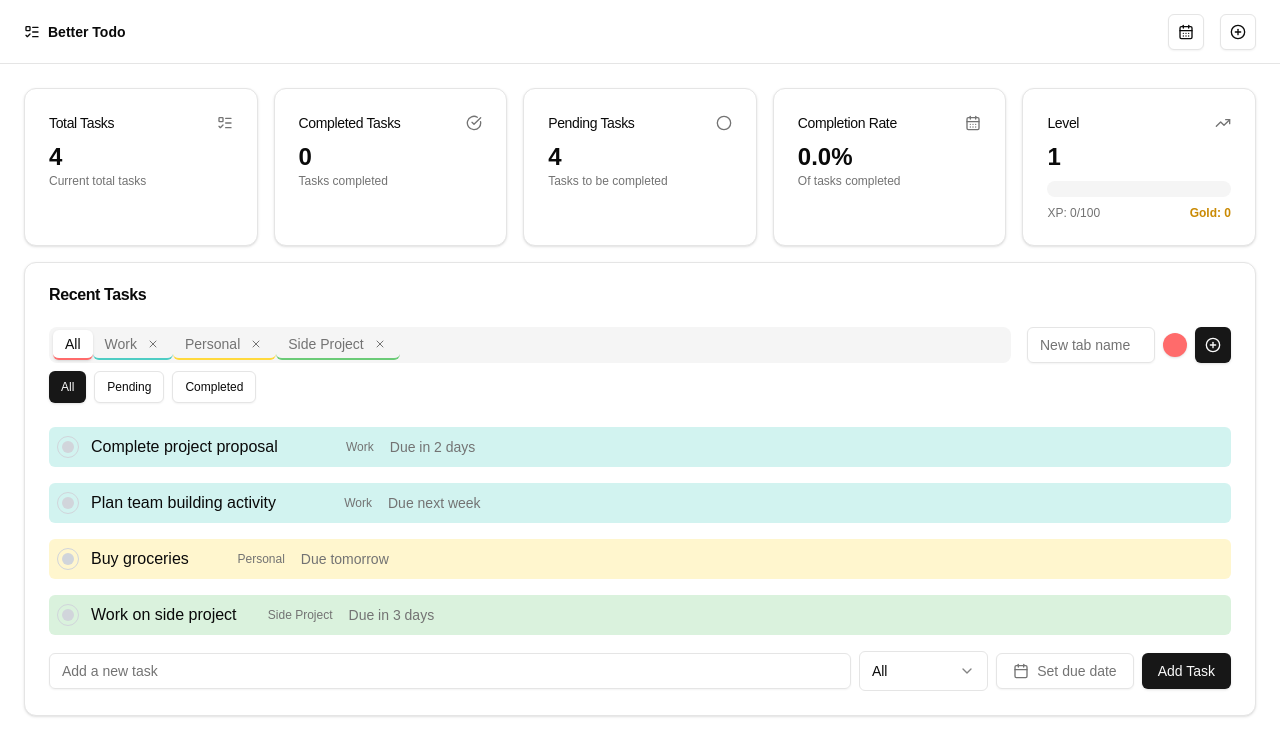
Repository: malikbarbier7/better-todo
Page: /dashboard
These files come from the project's save history. The page is drawn as it stood at one moment and after the next save; the edit follows.
The browser window is 1280 px wide. The pictures show the whole page.
The project was rebuilt for these pictures with package versions that can differ from the ones it lists, and the page was loaded fresh each time. The framework's server and built-in components were replaced by stand-ins that run in the browser. Also part of the build but not shown: next.config.js, next.config.mjs, components/ui/calendar.tsx.

Above is the page before, as saved 2024-10-04 14:26:45.

### app/dashboard/page.tsx
import { Dashboard } from '@/components/dashboard'

export default function DashboardPage() {
  return <Dashboard />
}

### components/dashboard.tsx
'use client'

import React from 'react'
import { Button } from "@/components/ui/button"
import { Card, CardContent, CardHeader, CardTitle } from "@/components/ui/card"
import { Input } from "@/components/ui/input"
import { Tabs, TabsContent, TabsList, TabsTrigger } from "@/components/ui/tabs"
import { CalendarDays, CheckCircle, Circle, ListTodo, PlusCircle, X, ChevronDown, TrendingUp, Calendar as CalendarIcon } from "lucide-react"
import { Progress } from "@/components/ui/progress"
import {
  Select,
  SelectContent,
  SelectItem,
  SelectTrigger,
  SelectValue,
} from "@/components/ui/select"
import { Calendar } from "@/components/ui/calendar"
import {
  Popover,
  PopoverContent,
  PopoverTrigger,
} from "@/components/ui/popover"
import { format } from "date-fns"
import { cn } from "@/lib/utils"

const pasteColors = [
  '#FF6B6B', // Rouge légèrement pâle
  '#4ECDC4', // Turquoise (bleu-vert) légèrement pâle
  '#FFD93D', // Jaune légèrement pâle
  '#6BCB77', // Vert légèrement pâle
  '#4D96FF', // Bleu légèrement pâle
  '#FF9A8B', // Orange-rose légèrement pâle
  '#9B59B6', // Violet légèrement pâle
  '#FF8C00', // Orange légèrement pâle
];

export function Dashboard() {
  const [tabs, setTabs] = React.useState([
    { name: 'All', color: pasteColors[0] },
    { name: 'Work', color: pasteColors[1] },
    { name: 'Personal', color: pasteColors[2] },
    { name: 'Side Project', color: pasteColors[3] }
  ])
  const [activeTab, setActiveTab] = React.useState('All')
  const [newTabName, setNewTabName] = React.useState('')
  const [newTaskName, setNewTaskName] = React.useState('')
  const [newTaskSpace, setNewTaskSpace] = React.useState('All')
  const [newTaskDueDate, setNewTaskDueDate] = React.useState<Date | undefined>(undefined)
  const [tasks, setTasks] = React.useState({
    'All': [
      { id: 1, name: 'Complete project proposal', status: 'pending', category: 'Work', dueDate: 'Due in 2 days', xpGained: false },
      { id: 3, name: 'Plan team building activity', status: 'pending', category: 'Work', dueDate: 'Due next week', xpGained: false },
      { id: 4, name: 'Buy groceries', status: 'pending', category: 'Personal', dueDate: 'Due tomorrow', xpGained: false },
      { id: 5, name: 'Work on side project', status: 'pending', category: 'Side Project', dueDate: 'Due in 3 days', xpGained: false },
    ],
    'Work': [
      { id: 1, name: 'Complete project proposal', status: 'pending', category: 'Work', dueDate: 'Due in 2 days', xpGained: false },
      { id: 3, name: 'Plan team building activity', status: 'pending', category: 'Work', dueDate: 'Due next week', xpGained: false },
      { id: 1, name: 'Complete project proposal', status: 'pending', category: 'Work', dueDate: 'Due in 2 days' },
      { id: 3, name: 'Plan team building activity', status: 'pending', category: 'Work', dueDate: 'Due next week' },
    ],
    'Personal': [
      { id: 4, name: 'Buy groceries', status: 'pending', category: 'Personal', dueDate: 'Due tomorrow' },
    ],
    'Side Project': [
      { id: 5, name: 'Work on side project', status: 'pending', category: 'Side Project', dueDate: 'Due in 3 days' },
    ],
  })

  const [taskFilter, setTaskFilter] = React.useState('all')
  const [level, setLevel] = React.useState(1)
  const [xp, setXp] = React.useState(0)
  const [gold, setGold] = React.useState(0)
  const [isDatePickerOpen, setIsDatePickerOpen] = React.useState(false);
  const [newTabColor, setNewTabColor] = React.useState(pasteColors[0])
  const [isColorPickerOpen, setIsColorPickerOpen] = React.useState(false)

  const handleAddTab = () => {
    if (newTabName && !tabs.some(tab => tab.name === newTabName)) {
      const newTab = { name: newTabName, color: newTabColor };
      setTabs([...tabs, newTab]);
      setTasks(prevTasks => ({ ...prevTasks, [newTabName]: [] }));
      setActiveTab(newTabName);
      setNewTaskSpace(newTabName);
      setNewTabName('');
      setNewTabColor(pasteColors[0]); // Réinitialiser la couleur
      setIsColorPickerOpen(false);
    }
  }

  const handleRemoveTab = (tab: string) => {
    if (tab !== 'All') {
      const newTabs = tabs.filter(t => t.name !== tab)
      const { [tab]: removedTasks, ...restTasks } = tasks
      setTabs(newTabs)
      setTasks(restTasks)
      setActiveTab('All')
    }
  }

  const handleAddTask = (e: React.FormEvent) => {
    e.preventDefault()
    if (newTaskName) {
      const newTask = {
        id: Date.now(),
        name: newTaskName,
        status: 'pending',
        category: newTaskSpace === 'All' ? 'Uncategorized' : newTaskSpace,
        dueDate: newTaskDueDate ? format(newTaskDueDate, "PPP") : 'Not set',
        xpGained: false
      }
      setTasks(prevTasks => {
        const updatedTasks = { ...prevTasks };
        if (newTaskSpace !== 'All') {
          updatedTasks[newTaskSpace] = [...(updatedTasks[newTaskSpace] || []), newTask];
        }
        updatedTasks['All'] = [...updatedTasks['All'], newTask];
        return updatedTasks;
      })
      setNewTaskName('')
      setNewTaskDueDate(undefined)
    }
  }

  const handleTaskStatusChange = (taskId: string, newStatus: 'completed' | 'pending') => {
    let xpGained = false;
    setTasks(prevTasks => {
      const updatedTasks = { ...prevTasks };
      for (const category in updatedTasks) {
        updatedTasks[category] = updatedTasks[category].map(task => {
          if (task.id.toString() === taskId) {
            if (task.status === 'pending' && newStatus === 'completed' && !task.xpGained) {
              // Task is being completed for the first time
              if (!xpGained) {
                gainXP(10);
                gainGold();
                xpGained = true;
              }
              return {
                ...task,
                status: newStatus,
                xpGained: true, // Mark that XP has been gained for this task
                dueDate: `Completed ${format(new Date(), "MMMM do, yyyy")}`
              };
            } else if (newStatus === 'pending') {
              // If the task is set back to pending, reset the completion date but keep xpGained
              return { ...task, status: newStatus, dueDate: 'Not set' };
            }
            // For all other cases, just update the status
            return { ...task, status: newStatus };
          }
          return task;
        }).sort((a, b) => {
          if (a.status === 'pending' && b.status === 'completed') return -1;
          if (a.status === 'completed' && b.status === 'pending') return 1;
          return 0;
        });
      }
      return updatedTasks;
    });
  };

  const gainXP = (amount: number) => {
    setXp(prevXP => {
      let newXP = prevXP + amount;
      let newLevel = level;
      while (newXP >= 100) {
        newXP -= 100;
        newLevel += 1;
      }
      setLevel(newLevel);
      return newXP;
    });
  };

  const gainGold = () => {
    const goldEarned = Math.floor(Math.random() * 5) + 1; // Génère un nombre entre 1 et 5
    setGold(prevGold => prevGold + goldEarned);
  };

  // Calculer le nombre total de tâches
  const totalTasks = tasks['All'].length;

  // Calculer le nombre de tâches complétées
  const completedTasks = tasks['All'].filter(task => task.status === 'completed').length;

  // Calculer le nombre de tâches en attente
  const pendingTasks = totalTasks - completedTasks;

  // Calculer le taux de complétion
  const completionRate = totalTasks > 0 ? ((completedTasks / totalTasks) * 100).toFixed(1) : '0.0';

  const filteredTasks = React.useMemo(() => {
    return (tasks[activeTab] || [])
      .filter(task => {
        if (taskFilter === 'all') return true;
        if (taskFilter === 'pending') return task.status === 'pending';
        if (taskFilter === 'completed') return task.status === 'completed';
        return true;
      })
      .sort((a, b) => {
        // Trier les tâches : pendantes en haut, complétées en bas
        if (a.status === 'pending' && b.status === 'completed') return -1;
        if (a.status === 'completed' && b.status === 'pending') return 1;
        return 0;
      });
  }, [tasks, activeTab, taskFilter]);

  // Mettre à jour newTaskSpace quand activeTab change
  React.useEffect(() => {
    setNewTaskSpace(activeTab);
  }, [activeTab]);

  const handleDateSelect = (date: Date | undefined) => {
    setNewTaskDueDate(date);
    setIsDatePickerOpen(false);
  };

  return (
    <div className="flex flex-col min-h-screen">
      <header className="flex items-center h-16 px-4 border-b shrink-0 md:px-6">
        <nav className="flex-1">
          <ul className="flex items-center gap-4 text-sm font-medium">
            <li className="flex items-center gap-2">
              <ListTodo className="w-4 h-4" />
              <span className="font-bold">Better Todo</span>
            </li>
          </ul>
        </nav>
        <div className="flex items-center gap-4 md:gap-2 lg:gap-4">
          <Button variant="outline" size="icon">
            <CalendarDays className="w-4 h-4" />
            <span className="sr-only">View calendar</span>
          </Button>
          <Button variant="outline" size="icon">
            <PlusCircle className="w-4 h-4" />
            <span className="sr-only">Create new task</span>
          </Button>
        </div>
      </header>
      <main className="flex-1 overflow-auto p-4 md:p-6">
        <div className="grid gap-4 md:grid-cols-3 lg:grid-cols-5">
          <Card>
            <CardHeader className="flex flex-row items-center justify-between pb-2 space-y-0">
              <CardTitle className="text-sm font-medium">Total Tasks</CardTitle>
              <ListTodo className="w-4 h-4 text-muted-foreground" />
            </CardHeader>
            <CardContent>
              <div className="text-2xl font-bold">{totalTasks}</div>
              <p className="text-xs text-muted-foreground">Current total tasks</p>
            </CardContent>
          </Card>
          <Card>
            <CardHeader className="flex flex-row items-center justify-between pb-2 space-y-0">
              <CardTitle className="text-sm font-medium">Completed Tasks</CardTitle>
              <CheckCircle className="w-4 h-4 text-muted-foreground" />
            </CardHeader>
            <CardContent>
              <div className="text-2xl font-bold">{completedTasks}</div>
              <p className="text-xs text-muted-foreground">Tasks completed</p>
            </CardContent>
          </Card>
          <Card>
            <CardHeader className="flex flex-row items-center justify-between pb-2 space-y-0">
              <CardTitle className="text-sm font-medium">Pending Tasks</CardTitle>
              <Circle className="w-4 h-4 text-muted-foreground" />
            </CardHeader>
            <CardContent>
              <div className="text-2xl font-bold">{pendingTasks}</div>
              <p className="text-xs text-muted-foreground">Tasks to be completed</p>
            </CardContent>
          </Card>
          <Card>
            <CardHeader className="flex flex-row items-center justify-between pb-2 space-y-0">
              <CardTitle className="text-sm font-medium">Completion Rate</CardTitle>
              <CalendarDays className="w-4 h-4 text-muted-foreground" />
            </CardHeader>
            <CardContent>
              <div className="text-2xl font-bold">{completionRate}%</div>
              <p className="text-xs text-muted-foreground">Of tasks completed</p>
            </CardContent>
          </Card>
          <Card>
            <CardHeader className="flex flex-row items-center justify-between pb-2 space-y-0">
              <CardTitle className="text-sm font-medium">Level</CardTitle>
              <TrendingUp className="w-4 h-4 text-muted-foreground" />
            </CardHeader>
            <CardContent>
              <div className="text-2xl font-bold">{level}</div>
              <Progress value={(xp / 100) * 100} className="mt-2" />
              <div className="flex justify-between items-center mt-2">
                <p className="text-xs text-muted-foreground">XP: {xp}/100</p>
                <p className="text-xs font-semibold text-yellow-600">Gold: {gold}</p>
              </div>
            </CardContent>
          </Card>
        </div>
        <Card className="mt-4">
          <CardHeader>
            <CardTitle>Recent Tasks</CardTitle>
          </CardHeader>
          <CardContent>
            <Tabs value={activeTab} onValueChange={(value) => {
              setActiveTab(value);
              setNewTaskSpace(value); // Mettre  jour newTaskSpace ici aussi
            }} className="w-full">
              <div className="flex flex-col">
                <div className="mb-4">
                  <div className="flex justify-between items-center">
                    <TabsList className="flex-grow justify-start">
                      {tabs.map((tab) => (
                        <TabsTrigger
                          key={tab.name}
                          value={tab.name}
                          className="flex items-center"
                          style={{ borderBottom: `2px solid ${tab.color}` }}
                        >
                          {tab.name}
                          {tab.name !== 'All' && (
                            <Button
                              variant="ghost"
                              size="icon"
                              className="ml-2 h-4 w-4"
                              onClick={(e) => {
                                e.stopPropagation()
                                handleRemoveTab(tab.name)
                              }}
                            >
                              <X className="h-3 w-3" />
                            </Button>
                          )}
                        </TabsTrigger>
                      ))}
                    </TabsList>
                    <div className="flex items-center space-x-2 ml-4">
                      <form onSubmit={(e) => {
                        e.preventDefault();
                        handleAddTab();
                      }}>
                        <Input
                          placeholder="New tab name"
                          value={newTabName}
                          onChange={(e) => setNewTabName(e.target.value)}
                          className="w-32"
                        />
                      </form>
                      <Popover open={isColorPickerOpen} onOpenChange={setIsColorPickerOpen}>
                        <PopoverTrigger asChild>
                          <Button
                            style={{ backgroundColor: newTabColor }}
                            className="w-6 h-6 rounded-full p-0" // Réduit la taille du bouton déclencheur
                            onClick={() => setIsColorPickerOpen(true)}
                          />
                        </PopoverTrigger>
                        <PopoverContent className="w-auto p-1"> {/* Réduit le padding */}
                          <div className="grid grid-cols-4 gap-1"> {/* Utilise une grille pour un arrangement plus compact */}
                            {pasteColors.map((color) => (
                              <Button
                                key={color}
                                style={{ backgroundColor: color }}
                                className="w-5 h-5 rounded-full p-0" // Réduit la taille des boutons de couleur
                                onClick={() => {
                                  setNewTabColor(color);
                                  setIsColorPickerOpen(false);
                                }}
                              />
                            ))}
                          </div>
                        </PopoverContent>
                      </Popover>
                      <Button onClick={handleAddTab} size="icon">
                        <PlusCircle className="h-4 w-4" />
                      </Button>
                    </div>
                  </div>
                  <div className="flex justify-start mt-2">
                    <div className="flex items-center space-x-2">
                      <Button
                        size="sm"
                        variant={taskFilter === 'all' ? 'default' : 'outline'}
                        onClick={() => setTaskFilter('all')}
                      >
                        All
                      </Button>
                      <Button
                        size="sm"
                        variant={taskFilter === 'pending' ? 'default' : 'outline'}
                        onClick={() => setTaskFilter('pending')}
                      >
                        Pending
                      </Button>
                      <Button
                        size="sm"
                        variant={taskFilter === 'completed' ? 'default' : 'outline'}
                        onClick={() => setTaskFilter('completed')}
                      >
                        Completed
                      </Button>
                    </div>
                  </div>
                </div>
                <div>
                  {tabs.map((tab) => (
                    <TabsContent key={tab.name} value={tab.name}>
                      <div className="space-y-4">
                        {filteredTasks.map((task) => (
                          <div
                            key={task.id}
                            className="flex items-center p-2 rounded-md"
                            style={{
                              backgroundColor: activeTab === 'All'
                                ? tabs.find(tab => tab.name === task.category)?.color + '40'
                                : 'transparent'
                            }}
                          >
                            <div className="relative">
                              {task.status === 'completed' ? (
                                <button
                                  className="p-1 bg-green-500 text-white rounded-full"
                                  onClick={() => handleTaskStatusChange(task.id.toString(), 'pending')}
                                >
                                  <CheckCircle className="w-3 h-3" />
                                </button>
                              ) : (
                                <button
                                  className="p-1 border border-gray-300 rounded-full flex items-center justify-center"
                                  onClick={() => handleTaskStatusChange(task.id.toString(), 'completed')}
                                >
                                  <div className="w-3 h-3 bg-gray-300 rounded-full"></div>
                                </button>
                              )}
                            </div>
                            <div className="flex items-center">
                              <span className={`ml-3 flex-1 ${task.status === 'completed' ? 'line-through' : ''}`}>
                                {task.name}
                              </span>
                              <div className="flex items-center space-x-4 min-w-[300px]">
                                <span className="text-xs text-muted-foreground w-24 text-right">{task.category}</span>
                                <span className="text-sm text-muted-foreground w-32">{task.dueDate}</span>
                              </div>
                            </div>
                          </div>
                        ))}
                      </div>
                      <form onSubmit={handleAddTask} className="mt-4 flex items-center space-x-2">
                        <Input
                          placeholder="Add a new task"
                          value={newTaskName}
                          onChange={(e) => setNewTaskName(e.target.value)}
                          className="flex-grow"
                        />
                        <Select
                          value={tabs.some(tab => tab.name === newTaskSpace) ? newTaskSpace : 'All'}
                          onValueChange={setNewTaskSpace}
                        >
                          <SelectTrigger className="w-[180px]">
                            <SelectValue placeholder="Select space" />
                          </SelectTrigger>
                          <SelectContent>
                            {tabs.map((tab) => (
                              <SelectItem key={tab.name} value={tab.name}>{tab.name}</SelectItem>
                            ))}
                          </SelectContent>
                        </Select>
                        <Popover open={isDatePickerOpen} onOpenChange={setIsDatePickerOpen}>
                          <PopoverTrigger asChild>
                            <Button
                              variant={"outline"}
                              className={cn(
                                "w-[180px] justify-start text-left font-normal",
                                !newTaskDueDate && "text-muted-foreground"
                              )}
                              onClick={() => setIsDatePickerOpen(true)}
                            >
                              <CalendarIcon className="mr-2 h-4 w-4" />
                              {newTaskDueDate ? format(newTaskDueDate, "PPP") : <span>Set due date</span>}
                            </Button>
                          </PopoverTrigger>
                          <PopoverContent className="w-auto p-0">
                            <Calendar
                              mode="single"
                              selected={newTaskDueDate}
                              onSelect={handleDateSelect}
                              initialFocus
                            />
                          </PopoverContent>
                        </Popover>
                        <Button type="submit">Add Task</Button>
                      </form>
                    </TabsContent>
                  ))}
                </div>
              </div>
            </Tabs>
          </CardContent>
        </Card>
      </main>
    </div>
  )
}

### components/ui/progress.tsx
"use client"

import * as React from "react"
import * as ProgressPrimitive from "@radix-ui/react-progress"

import { cn } from "@/lib/utils"

const Progress = React.forwardRef<
  React.ElementRef<typeof ProgressPrimitive.Root>,
  React.ComponentPropsWithoutRef<typeof ProgressPrimitive.Root>
>(({ className, value, ...props }, ref) => (
  <ProgressPrimitive.Root
    ref={ref}
    className={cn(
      "relative h-4 w-full overflow-hidden rounded-full bg-secondary",
      className
    )}
    {...props}
  >
    <ProgressPrimitive.Indicator
      className="h-full w-full flex-1 bg-primary transition-all"
      style={{ transform: `translateX(-${100 - (value || 0)}%)` }}
    />
  </ProgressPrimitive.Root>
))
Progress.displayName = ProgressPrimitive.Root.displayName

export { Progress }

Loaded but not shown: app/layout.tsx (common file); app/globals.css (common file); lib/utils.ts (common file); tailwind.config.ts (common file); components/ui/select.tsx (121 lines, source omitted); components/ui/tabs.tsx (55 lines, source omitted); components/ui/card.tsx (76 lines, source omitted); components/ui/button.tsx (57 lines, source omitted); components/ui/popover.tsx (33 lines, source omitted); components/ui/input.tsx (25 lines, source omitted)

After the next save:
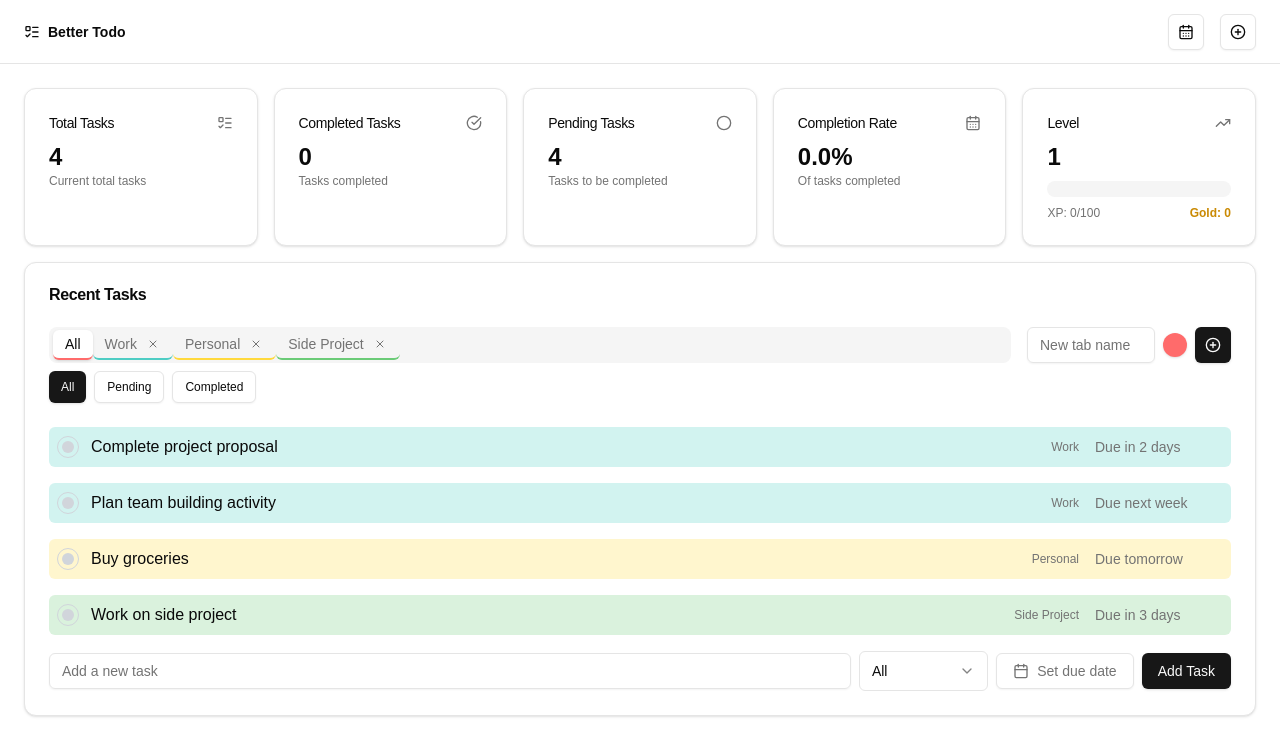
Saved 47 s later.
--- a/components/dashboard.tsx
+++ b/components/dashboard.tsx
@@ -430,11 +430,11 @@ export function Dashboard() {
                                 </button>
                               )}
                             </div>
-                            <div className="flex items-center">
+                            <div className="flex items-center w-full">
                               <span className={`ml-3 flex-1 ${task.status === 'completed' ? 'line-through' : ''}`}>
                                 {task.name}
                               </span>
-                              <div className="flex items-center space-x-4 min-w-[300px]">
+                              <div className="flex items-center justify-end space-x-4 min-w-[300px]">
                                 <span className="text-xs text-muted-foreground w-24 text-right">{task.category}</span>
                                 <span className="text-sm text-muted-foreground w-32">{task.dueDate}</span>
                               </div>
